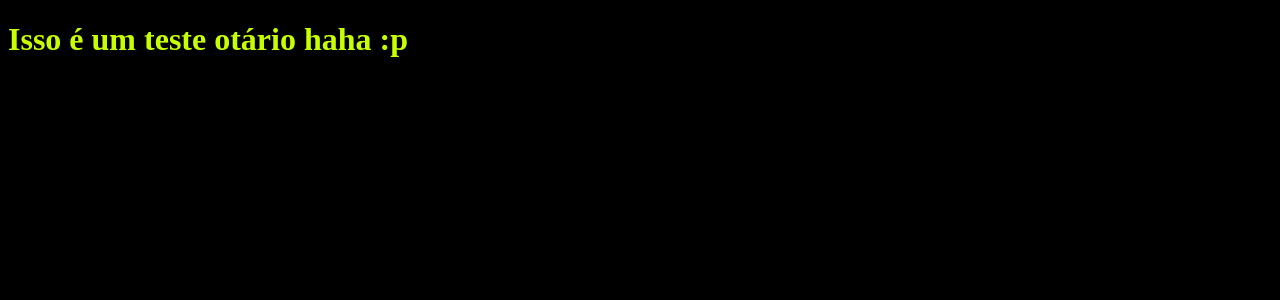
Repository: Leonngc/html-css
Page: ex024/pag003.html
The author's editor kept a copy of each file at every save. The page is drawn from the files as they stood at one save, then again after a run of saves.
The browser window is 1280 px wide. The pictures show the whole page.

Above is the page before, as saved 2022-11-15 18:38:12.

### ex024/pag003.html
<!DOCTYPE html>
<html lang="pt-br">
<head>
    <meta charset="UTF-8">
    <meta http-equiv="X-UA-Compatible" content="IE=edge">
    <meta name="viewport" content="width=device-width, initial-scale=1.0">
    <title>Site de teste</title>
    <style>
        body{
            background-color: black;
            color: rgb(200, 255, 0);
        }
    </style>
</head>
<body>
    <h1>Isso é um teste otário haha :p</h1>
</body>
</html>

After the next 3 saves:
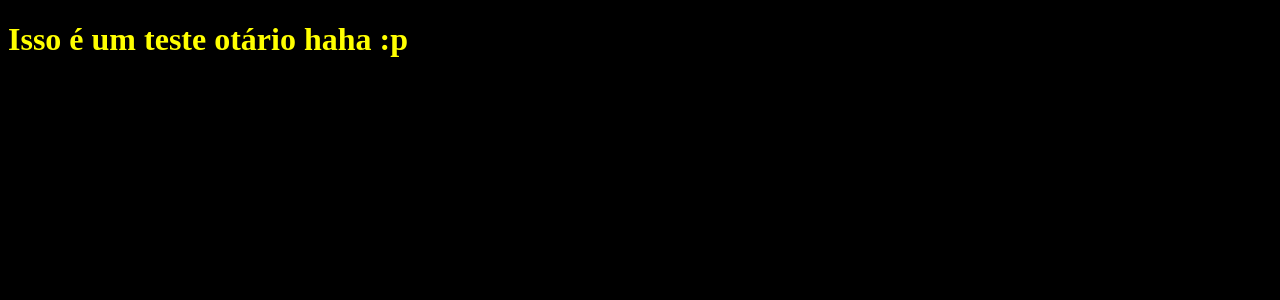
The 3 saves are shown as one change because they came seconds apart.
The last was saved 7 s later.
--- a/ex024/pag003.html
+++ b/ex024/pag003.html
@@ -8,7 +8,7 @@
     <style>
         body{
             background-color: black;
-            color: rgb(200, 255, 0);
+            color: yellow;
         }
     </style>
 </head>
